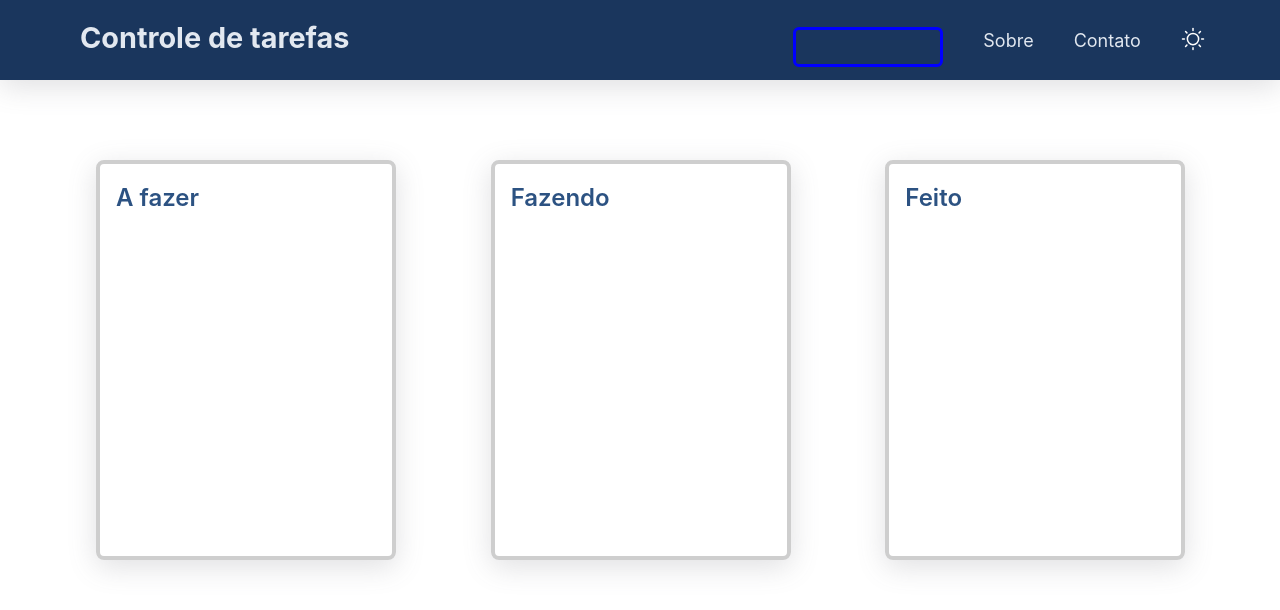
Repository: leosulzbach/Hackaton-Relampago
Page: /home (app in Front/)
These files come from the project's save history. The page is drawn as it stood at one moment and after the next save; the edit follows.
The browser window is 1280 px wide. The pictures show the whole page.
The project was rebuilt for these pictures with package versions that can differ from the ones it lists, and the page was loaded fresh each time. Also part of the build but not shown: Front/vite.config.ts.

Above is the page before, as saved 2022-11-07 15:33:47.

### Front/src/App.tsx
import { ChakraProvider, theme } from "@chakra-ui/react"
import { BrowserRouter } from "react-router-dom"
import { Router } from "./Routes/Router"



function App() {
  return(
    <ChakraProvider theme={theme}>
    <BrowserRouter>
      <Router />
    </BrowserRouter>
  </ChakraProvider>
  )
}

export default App

### Front/src/Routes/Router.tsx
import { Routes, Route } from "react-router-dom";
import { Home } from "../Pages/home";


export function Router() {
  return (
    <Routes>
      <Route path="/home" element={<Home />} />
     </Routes>
  );
}

### Front/src/Pages/home.tsx
import { Box, Flex, Grid, Text } from '@chakra-ui/react'
import { Header } from '../Components/Header'


export const Home = () => {



    return (
        <Flex

        >
            <Header />


            <Grid
                templateColumns='repeat(3, 1fr)'
                ml={"6rem"}
                mt={"10rem"}
                alignItems={"center"}
                width='100%'
                height="100%"
            >
                <Box
                    border={"4px solid #cecece"}
                    boxShadow={"rgba(100, 100, 111, 0.2) 0px 7px 29px 0px"}
                    borderRadius={8}
                    w={"300px"}
                    h={"400px"}
                >
                    <Text
                    p={"1rem"}
                    fontSize={"1.5rem"}
                    fontWeight={"semibold"}
                    color={"blue.700"}
                    >A fazer</Text>

                </Box>
                <Box
                    border={"4px solid #cecece"}
                    boxShadow={"rgba(100, 100, 111, 0.2) 0px 7px 29px 0px"}
                    borderRadius={8}
                    w={"300px"}
                    h={"400px"}>
                    <Text
                    p={"1rem"}
                    fontSize={"1.5rem"}
                    fontWeight={"semibold"}
                    color={"blue.700"}
                    >Fazendo</Text>
                </Box>
                <Box
                    border={"4px solid #cecece"}
                    boxShadow={"rgba(100, 100, 111, 0.2) 0px 7px 29px 0px"}
                    borderRadius={8}
                    w={"300px"}
                    h={"400px"}>
                    <Text
                    p={"1rem"}
                    fontSize={"1.5rem"}
                    fontWeight={"semibold"}
                    color={"blue.700"}
                    >Feito</Text>
                </Box>

            </Grid>
        </Flex>
    )

}

### Front/src/Components/Header.tsx
import { Box, Flex, Input, Link, Text } from "@chakra-ui/react";
import { Sun } from "phosphor-react";



export const Header = () => {
    return (
        <Flex

            as="header"
            w="100%"
            h="20"
            justify="space-between"

            borderBottomWidth={1}
            borderColor="blue.900"
            bg="blue.900"
            position={"fixed"}
            boxShadow="rgba(100, 100, 111, 0.2) 0px 7px 29px 0px"
        >
            <Flex
                p="1rem"
                justify="flex-start"
                ml="4rem"
            >
                <Text
                    fontSize="1.8rem"
                    fontWeight="bold"
                    color="gray.200"
                >
                    Controle de tarefas
                </Text>
            </Flex>
            <Flex
                p="1.7rem"
                mr="3rem"
                justify="flex-end"
                gap={10}
            >
                <Input
                    border={"3px solid blue"}
                    type={"text"}
                    w={"150px"}
                    h={"40px"}
                    color="#cecece" />
                <Link

                    href="/sobre"
                    color="gray.200"
                    fontSize={18}
                    _hover={{
                        borderBottom: '4px solid  blue', transition: 'all 0.3s ease-out', transform: 'translate(-11px, 0px)'
                    }}
                >
                    Sobre
                </Link>
                <Link
                    href="/contato"
                    color="gray.200"
                    fontSize={18}
                    _hover={{
                        borderBottom: '4px solid  blue', transition: 'all 0.3s ease-out', transform: 'translate(-11px, 0px)'
                    }}

                >
                    Contato
                </Link>
                <Sun size={24} color={"white"} />
            </Flex>



        </Flex>
    );
}

Loaded but not shown: Front/index.html (common file); Front/src/main.tsx (common file)

After the next save:
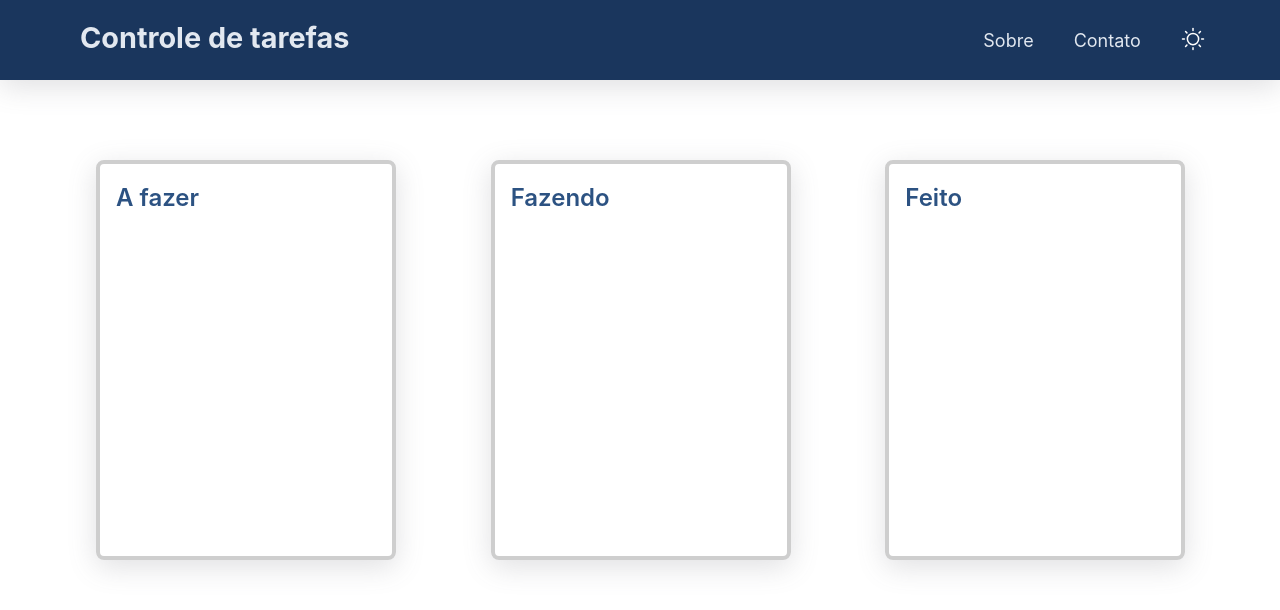
Saved 10 s later.
--- a/Front/src/Components/Header.tsx
+++ b/Front/src/Components/Header.tsx
@@ -38,7 +38,7 @@ export const Header = () => {
                 gap={10}
             >
                 <Input
-                    border={"3px solid blue"}
+                    border={"3px solid #"}
                     type={"text"}
                     w={"150px"}
                     h={"40px"}
